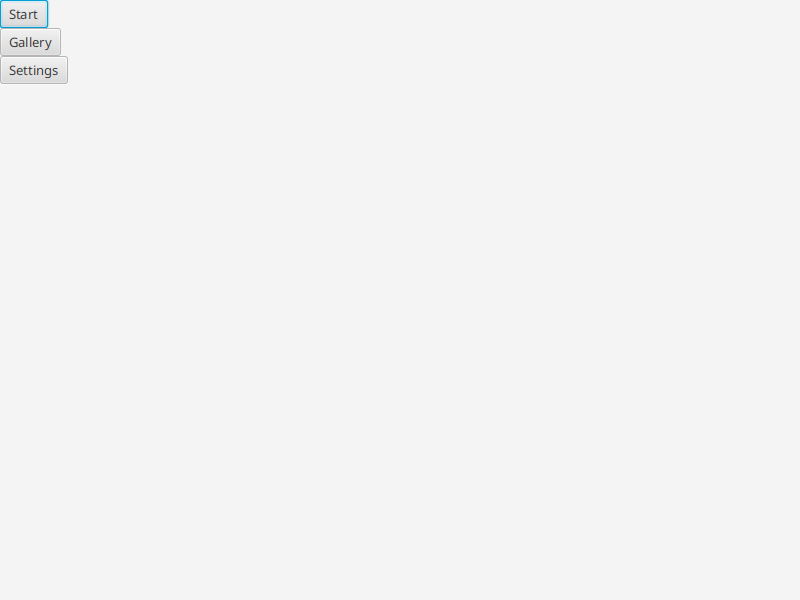
Repository: HT33376/curiouscats
Program's window: java curiouscats/src/main/java/meat/MainApp.java
These files come from the project's save history. The program's window is drawn as it stood at one moment and after the next save; the edit follows.
It runs on Java 21 on a 1366 x 768 screen with JavaFX 11; the title bar is not drawn.

Above is the program's window before, as saved 2025-06-12 00:12:05.

After the next save:
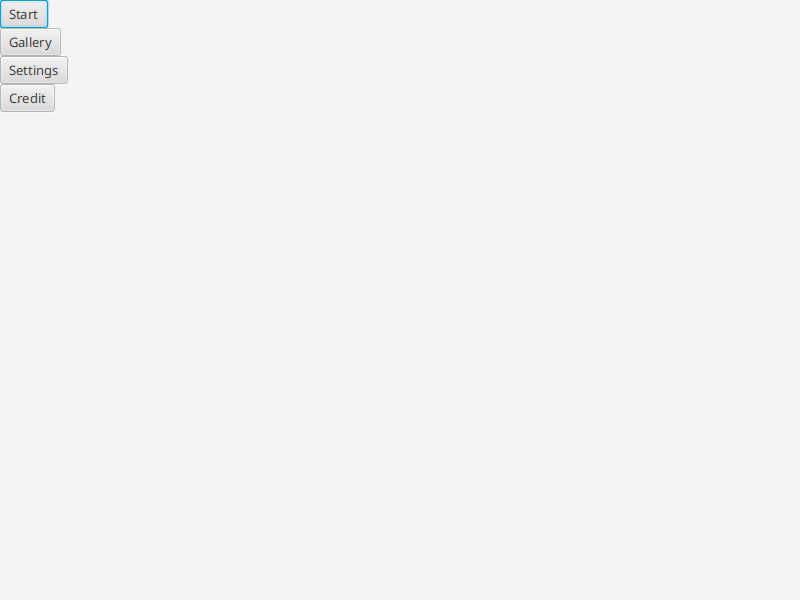
Saved 3 h 59 min later.
--- a/curiouscats/src/main/java/meat/MainApp.java
+++ b/curiouscats/src/main/java/meat/MainApp.java
@@ -18,9 +18,11 @@
         Button start = new Button("Start");
         Button gallery = new Button("Gallery");
         Button settings = new Button("Settings");
+        Button credit = new Button("Credit");
 
 
-        VBox vbox = new VBox(start, gallery, settings); // Create an HBox and add the button
+
+        VBox vbox = new VBox(start, gallery, settings, credit); // Create an VBox and add the button
         Scene scene = new Scene(vbox, 800, 600);
 
         stage.setScene(scene);
